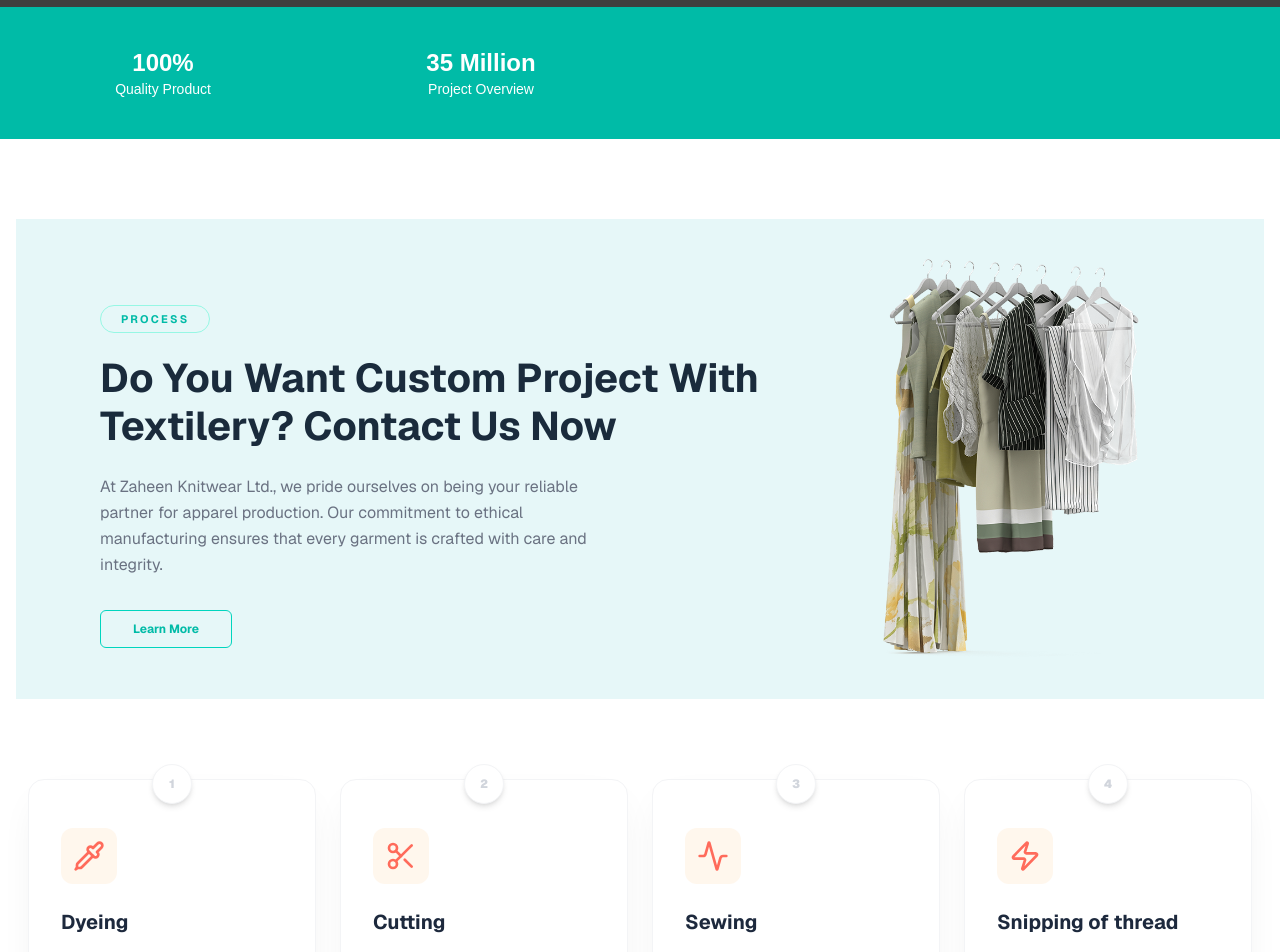
Repository: mdmuhibullahhabib/fullstack-assessment
Page: /
These files come from the project's save history. The page is drawn as it stood at one moment and after a run of saves; the edit follows.
The browser window is 1280 px wide. The pictures show the part of the page from y = 571 to 1523 px (the page is 3025 px tall).
Pictures or frames that could not be fetched are drawn as grey boxes. The project was rebuilt for these pictures with package versions that can differ from the ones it lists, and the page was loaded fresh each time. The framework's server and built-in components were replaced by stand-ins that run in the browser. Also part of the build but not shown: next.config.mjs.

Above is the page before, as saved 2025-12-27 10:07:28.

After the next 2 saves:
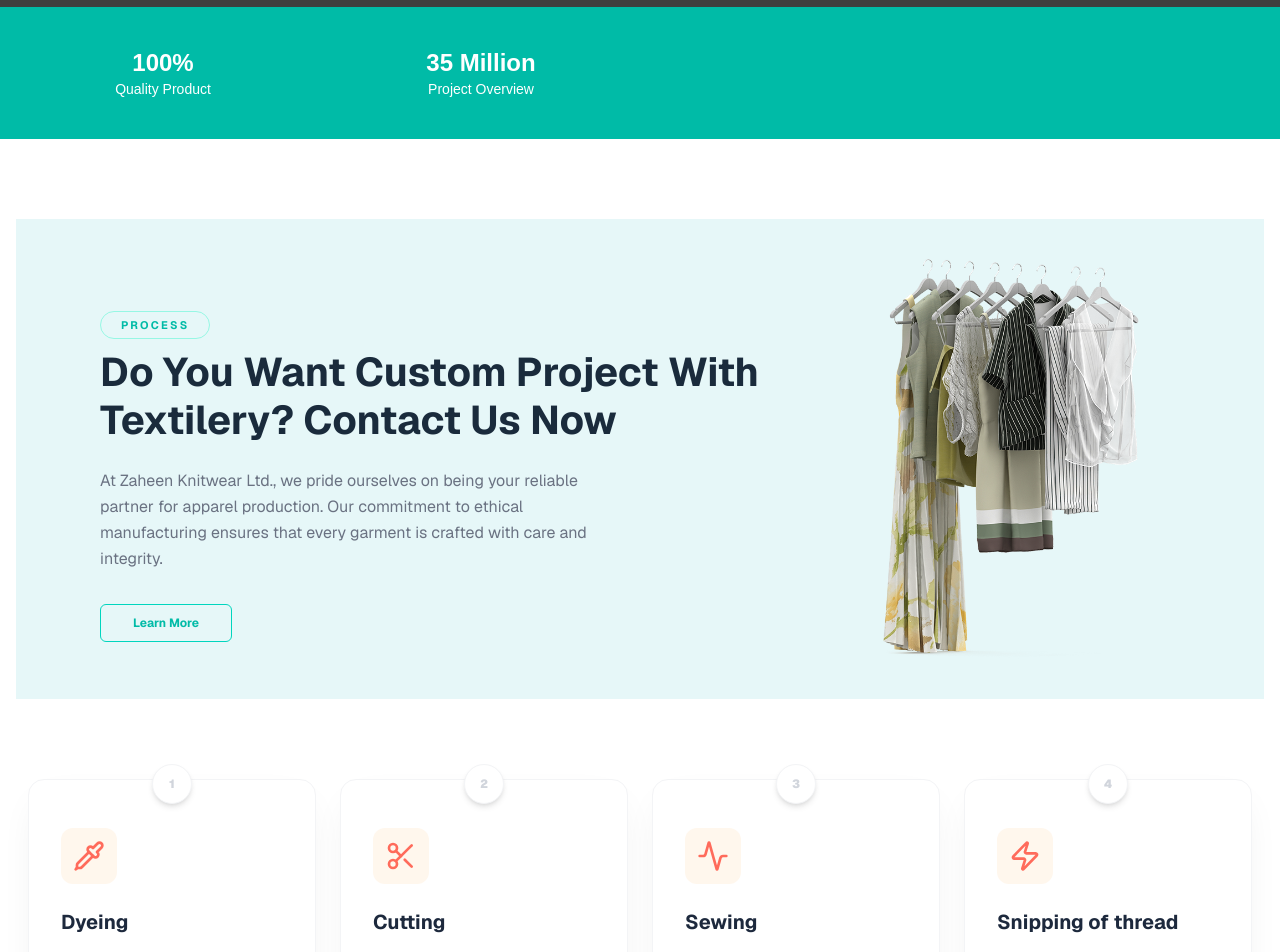
The 2 saves are shown as one change because they came seconds apart.
The last was saved 13 s later.
--- a/src/components/home/CustomProcess.jsx
+++ b/src/components/home/CustomProcess.jsx
@@ -34,7 +34,7 @@
                         <div
                         className="ml-16 "
                         >
-                            <div className="mb-6">
+                            <div className="mb-3">
                                 <span className="px-5 py-1.5 rounded-full border border-teal-200 text-teal-500 text-[11px] font-bold uppercase tracking-[0.2em]">
                                     Process
                                 </span>
